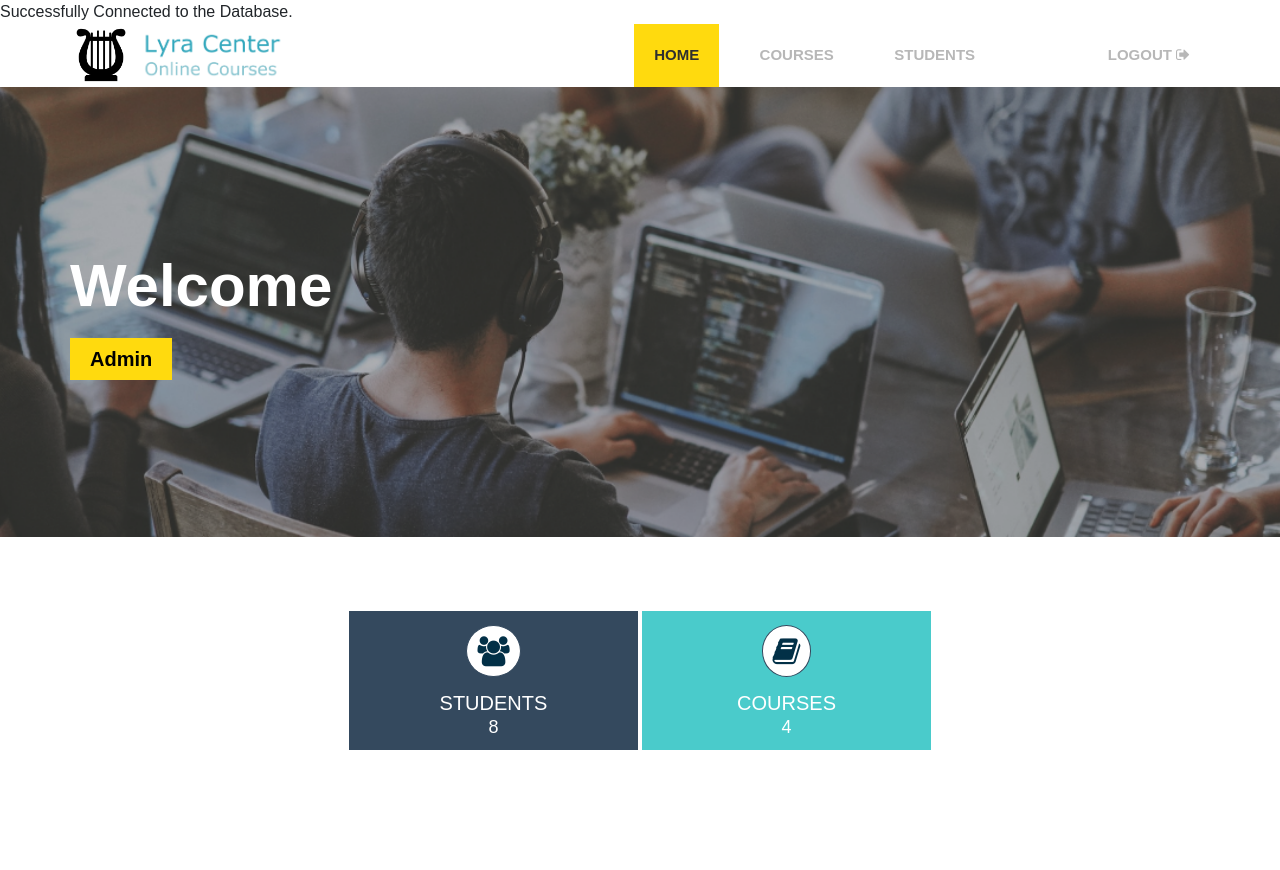
Repository: jersmaecrz/lyra-center
Page: http://localhost/aStudents.php
An editor plug-in stored every save of this project. The page is shown before and after a run of saves, followed by the edit.
The browser window is 1280 px wide. The pictures show the whole page.
Some web fonts or font styles are not loaded; a fallback is used. The page is run by PHP 8.4 with error messages shown; the project is at /var/www/html/. The database holds what the project's SQL file puts in it.

Above is the page before, as saved 2022-12-03 23:05:55.

### aStudents.php
<?php
    include "admin-dashboard.php";
?>
<!DOCTYPE html>
<html lang="zxx">
<head>
    <link rel="icon" href="img/lyre.png">
    <meta charset="UTF-8">
    <meta name="description" content="Anime Template">
    <meta name="keywords" content="Anime, unica, creative, html">
    <meta name="viewport" content="width=device-width, initial-scale=1.0">
    <meta http-equiv="X-UA-Compatible" content="ie=edge">
    <title>Lyra | Students</title>
    <link rel="stylesheet" href="css/admin-home-style.css" type="text/css">

    <!-- Google Font -->
    <link href="https://fonts.googleapis.com/css2?family=Mulish:wght@300;400;500;600;700;800;900&display=swap"
    rel="stylesheet">

    <link rel="preconnect" href="https://fonts.googleapis.com">
    <link rel="preconnect" href="https://fonts.gstatic.com" crossorigin>
    <link href="https://fonts.googleapis.com/css2?family=Open+Sans:wght@700&display=swap" rel="stylesheet">

    <!-- Css Styles -->
    <link rel="stylesheet" href="css/bootstrap.min.css" type="text/css">
    <link rel="stylesheet" href="css/font-awesome.min.css" type="text/css">
    <link rel="stylesheet" href="css/elegant-icons.css" type="text/css">
    <link rel="stylesheet" href="css/plyr.css" type="text/css">
    <link rel="stylesheet" href="css/nice-select.css" type="text/css">
    <link rel="stylesheet" href="css/owl.carousel.min.css" type="text/css">
    <link rel="stylesheet" href="css/slicknav.min.css" type="text/css">
    <link rel="stylesheet" href="css/style.css" type="text/css">
</head>

<body>
    <!-- Page Preloder -->
    <div id="preloder">
        <div class="loader"></div>
    </div>

    <!-- Header Section Begin -->
    <header class="header">
        <div class="container">
            <div class="row">
                <div class="col-lg-5">
                    <div class="header__logo">
                        <a href="./aHome.php">
                            <img src="img/lyre.png" alt="" width=62px>
                            <img src="img/lyra.png" alt="" width=150px>
                        </a>
                    </div>
                </div>
                <div class="col-lg-7">
                    <div class="header__nav">
                        <nav class="header__menu mobile-menu">
                            <ul>
                                <li class="active"><a href="./aHome.php">HOME</a></li>
                                <li ><a href="./aCourses.php">COURSES</a></li>
                                <li ><a href="./aStudents.php">STUDENTS</a></li>
                                <li class="right"><a href="./signup.html">LOGOUT <i class="fa fa-sign-out" aria-hidden="true"></i></a></li>
                            </ul>
                        </nav>
                    </div>
                </div>

            </div>
            <div id="mobile-menu-wrap"></div>
        </div>
    </header>
    <!-- Header End -->


    <!-- Normal Breadcrumb Begin -->
    <section class="normal-breadcrumb set-bg" data-setbg="img/banner.png">
        <div class="container">
            <div class="row">
                <div class="col-lg-5">
                    <div class="normal__breadcrumb__text">
                        <h2>Welcome</h2>
                        <div class="lemony"><a><span><b>Admin</b></span</a></div>
                    </div>
                </div>
            </div>
        </div>

    </section>
    <!-- Normal Breadcrumb End -->
<br>

<!-- Dashboard -->
<div class="container">
    <div class="row">
            <div class="col-lg-12">
                <div class="main-section normal__breadcrumb__text">
                    <div class="dashboard blueDash">
                        <div class="icon-section">
                            <i class="icon fa fa-users" aria-hidden="true"></i><br>
                            <h3>STUDENTS</h3>
                            <?php
                                $dash = new Dashboard ();
                                $dash -> countStudents($pdo)
                            ?>
                            <p><?php echo $dash ->getStudents() ?></p>
                        </div>
                    </div>
                    <div class="dashboard yellowDash">
                        <div class="icon-section">
                            <i class="icon fa fa-book" aria-hidden="true"></i><br>
                            <h3>COURSES</h3>
                            <?php
                                $dash -> countCourses($pdo)
                            ?>
                            <p><?php echo $dash ->getCourses() ?></p>
                        </div>

                    </div>
            </div>
    </div>
</div>
<br>
<br>
<br>
<br>
<br>

<!-- Footer Section Begin
<footer class="footer">
    <div class="page-up">
        <a href="#" class="scroll"><span class="arrow_carrot-up"></span></a>
    </div>
    <div class="container">
        <div class="row">
            <div class="col-lg-3">
                <div class="footer__logo">
                    <a href="./index.html">
                        <img src="img/mango manga.png" alt="" width=80px>
                        <img src="img/mm.png" alt="" width=110px>
                    </a>
                </div>
            </div>
            <div class="col-lg-6">
                <div class="footer__nav">
                    <ul>
                        <li class="active"><a href="./index.html">HOME</a></li>
                        <li ><a href="./courses.html">COURSES</a></li>
                        <li ><a href="./signup.html">STUDENTS</a></li>

                    </ul>
                </div>
            </div>

          </div>
      </div>
  </footer>
  <!-- Footer Section End -->


<!-- Js Plugins -->
<script src="js/jquery-3.3.1.min.js"></script>
<script src="js/bootstrap.min.js"></script>
<script src="js/player.js"></script>
<script src="js/jquery.nice-select.min.js"></script>
<script src="js/mixitup.min.js"></script>
<script src="js/jquery.slicknav.js"></script>
<script src="js/owl.carousel.min.js"></script>
<script src="js/main.js"></script>


</body>

</html>

### admin-dashboard.php
<?php
   require_once("config.php");
   class Dashboard {
        //Attributes
        public $name;
        public $courses;
        //Create setters
        function setStudents($students){
            $this -> students = $students;
        }
        function setCourses($courses){
            $this -> courses = $courses;
        }
        //Create getters
        function getStudents(){
            return $this -> students;
        }
        function getCourses(){
            return $this -> courses;
        }
        function countStudents($pdo){
            $query = "SELECT * FROM users";
            $stmt = $pdo-> prepare($query);
            $stmt -> execute();
            $rows = $stmt -> fetchAll();
            $rowCount = $stmt->rowCount();
            $this -> setStudents($rowCount);
        }
        function countCourses($pdo){
            $query = "SELECT * FROM courses";
            $stmt = $pdo-> prepare($query);
            $stmt -> execute();
            $rows = $stmt -> fetchAll();
            $rowCount = $stmt->rowCount();
            $this -> setCourses($rowCount);
        }
    }
?>

### config.php
<?php
    $host = "remotemysql.com";
    $user = "NsqxjSUDbx";
    $password = "wLgUwnheJo";
    $dbName = "NsqxjSUDbx" ;
    //Connect to database using PDO
    try {
        $dsn ="mysql:host=$host;dbname=$dbName";
        $pdo = new PDO($dsn,$user, $password);
        //Check the connection
        $pdo->setAttribute(PDO::ATTR_DEFAULT_FETCH_MODE,PDO::FETCH_OBJ);
        $pdo->setAttribute(PDO::ATTR_ERRMODE,PDO::ERRMODE_EXCEPTION);
        echo "Successfully Connected to the Database.";
    } catch(PDOException $e) {
        echo "Unable to Connect to DB: ". $e->getMessage();
    }
?>

### css/admin-home-style.css
.right {
    float: right;
}
.scroll {
    margin-left: -50px;
    margin-top: -50px;
}
.main-section{
	width:80%;
	margin:0 auto;
	text-align: center;
	padding: 0px 5px;
}
.dashboard{
	width:32%;
	display: inline-block;
	color:#fff;
	margin-top: 50px;
}
.icon-section i{
	font-size: 30px;
	padding:10px;
	border:1px solid #34495E;
	margin-bottom: 10px;
    margin: 5%;
	background-color:#fff;
    border-radius: 50%;
}
.icon-section h3{
	font-size: 20px;
    color: #fff;
	font-family: "Mulish", sans-serif;
}
.icon-section p{
	margin:0px;
	font-size: 20px;
	padding-bottom: 10px;
	font-family: "Mulish", sans-serif;
}
.icon {
    color: #023047;
}
.blueDash {
    background-color:#34495E;

}
.yellowDash {
    background-color:#4ACBCB;

}

### sql.sql (the tables this page reads)
CREATE TABLE `courses` (
  `crsID` varchar(100) COLLATE utf8_unicode_ci NOT NULL,
  `crsName` varchar(200) COLLATE utf8_unicode_ci NOT NULL,
  `crsInstructor` varchar(200) COLLATE utf8_unicode_ci NOT NULL,
  `crsPrice` float NOT NULL,
  `crsDesc` varchar(500) COLLATE utf8_unicode_ci NOT NULL
) ENGINE=InnoDB DEFAULT CHARSET=utf8 COLLATE=utf8_unicode_ci;

INSERT INTO `courses` (`crsID`, `crsName`, `crsInstructor`, `crsPrice`, `crsDesc`) VALUES
('FE ELEC ', 'IP EXAM', 'Sir PHILNITS', 1300, 'Online Course'),
('ICS 26016', 'Technopreneuship', 'Ma\'am Maria Christina Aragon', 1500, 'Entrepreneurial skills.'),
('ICS26013', 'Software Engineering 2', 'Inst. Lopez', 5000, 'Lorem ipsum'),
('IT ELEC3C', 'Web Application Development with PHP', 'Gabriel Montano', 1000, '3 Months PHP Online Course');

ALTER TABLE `courses`
  ADD UNIQUE KEY `crsID` (`crsID`);

CREATE TABLE `users` (
  `id` int(11) NOT NULL,
  `name` varchar(100) NOT NULL,
  `username` varchar(100) NOT NULL,
  `email` varchar(100) NOT NULL,
  `user_type` varchar(100) NOT NULL,
  `password` varchar(100) NOT NULL
) ENGINE=InnoDB DEFAULT CHARSET=utf8mb4 COLLATE=utf8mb4_0900_ai_ci;

INSERT INTO `users` (`id`, `name`, `username`, `email`, `user_type`, `password`) VALUES
(1, 'Arella Sumabat', 'arellamarie', 'arellamarie.sumabat@gmail.com', 'user', '4573a077f36ee2fd05b3e6054a24aa29'),
(6, 'Leila Gregorio', 'leinami', 'leilapatricia.gregorio.cics@ust.edu.ph', 'admin', '754f9968bf5f5f68d7dea029889b7415'),
(7, 'admin', 'admin', 'admin@gmail.com', 'admin', '21232f297a57a5a743894a0e4a801fc3'),
(8, 'Leila Gregorio', 'leila', 'leilapatricia.gregorio.cics@ust.edu.ph', 'user', '754f9968bf5f5f68d7dea029889b7415'),
(9, 'Jersey Cruz', 'jerss', 'jersuu@email.com', 'user', '202cb962ac59075b964b07152d234b70'),
(10, 'Hello Kitty', 'hellokitty', 'hellokitty03@gmail.com', 'user', '62fbc82dabe52c6e017e8ad9fb8f69a2'),
(11, 'Mya Nava', 'znvry', 'myajaren.nava.cics@ust.edu.ph', 'user', '27cb01c90a7fa07daf3a649f780b7086'),
(12, 'Jersey', 'jersii', 'jerseyy@email.com', 'user', '81dc9bdb52d04dc20036dbd8313ed055');

ALTER TABLE `users`
  ADD PRIMARY KEY (`id`);

ALTER TABLE `users`
  MODIFY `id` int(11) NOT NULL AUTO_INCREMENT, AUTO_INCREMENT=13;

Loaded but not shown: css/bootstrap.min.css (library); css/font-awesome.min.css (library); css/plyr.css (library); css/nice-select.css (common file); css/owl.carousel.min.css (library); css/slicknav.min.css (common file); js/jquery-3.3.1.min.js (library); js/bootstrap.min.js (library); js/player.js (library); js/jquery.nice-select.min.js (common file); js/mixitup.min.js (library); js/jquery.slicknav.js (library); js/owl.carousel.min.js (library); js/main.js (101 lines, source omitted); css/elegant-icons.css (1157 lines, source omitted); css/style.css (1159 lines, source omitted)

After the next 2 saves:
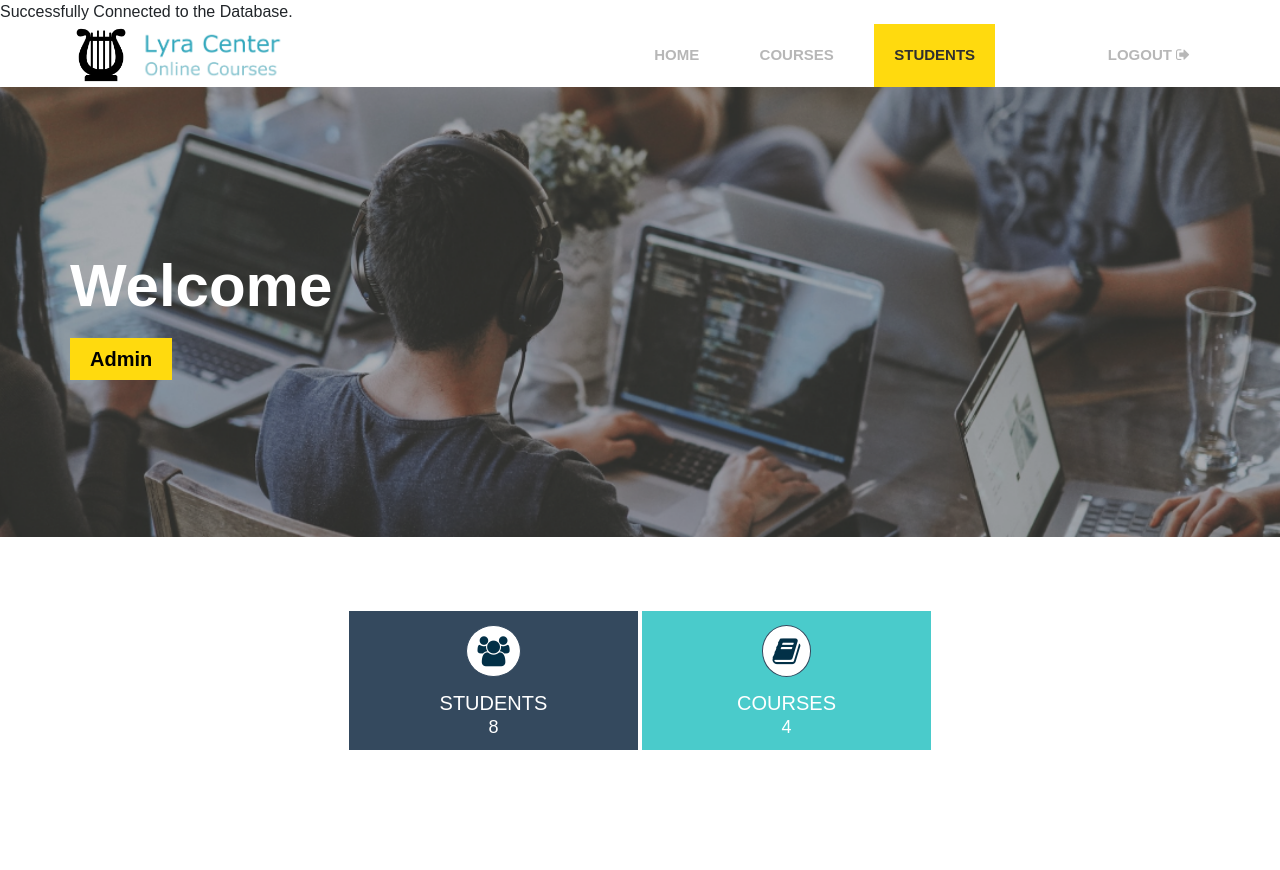
The 2 saves are shown as one change because they came seconds apart.
The last was saved 18 min 51 s later.
--- a/aStudents.php
+++ b/aStudents.php
@@ -54,9 +54,9 @@
                     <div class="header__nav">
                         <nav class="header__menu mobile-menu">
                             <ul>
-                                <li class="active"><a href="./aHome.php">HOME</a></li>
+                                <li ><a href="./aHome.php">HOME</a></li>
                                 <li ><a href="./aCourses.php">COURSES</a></li>
-                                <li ><a href="./aStudents.php">STUDENTS</a></li>
+                                <li class="active"><a href="./aStudents.php">STUDENTS</a></li>
                                 <li class="right"><a href="./signup.html">LOGOUT <i class="fa fa-sign-out" aria-hidden="true"></i></a></li>
                             </ul>
                         </nav>
